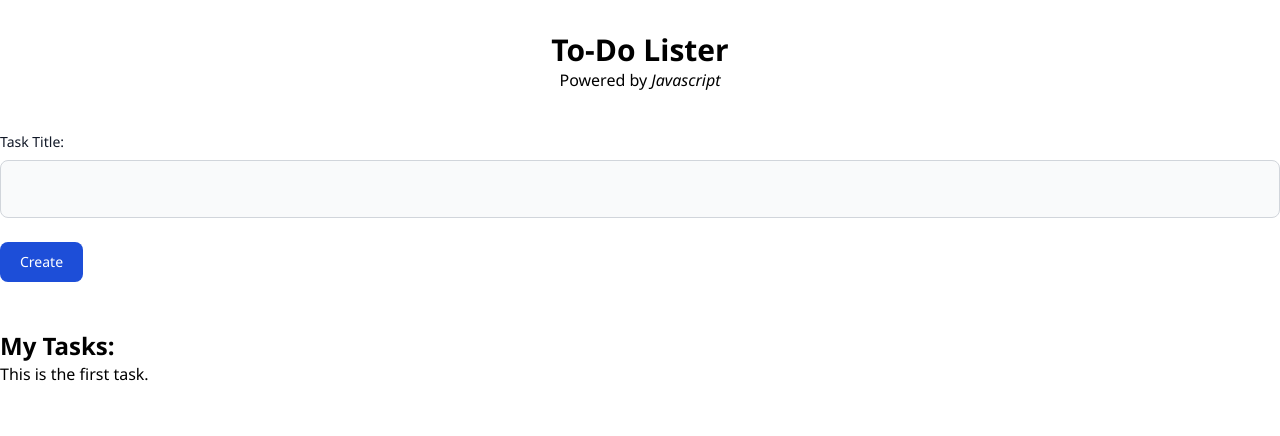
Repository: vxyux/to-do-lister
Page: index.html
These files come from the project's save history. The page is drawn as it stood at one moment and after the next save; the edit follows.
The browser window is 1280 px wide. The pictures show the whole page.
Some web libraries are served in a nearby version.

Above is the page before, as saved 2023-09-04 15:34:42.

After the next save:
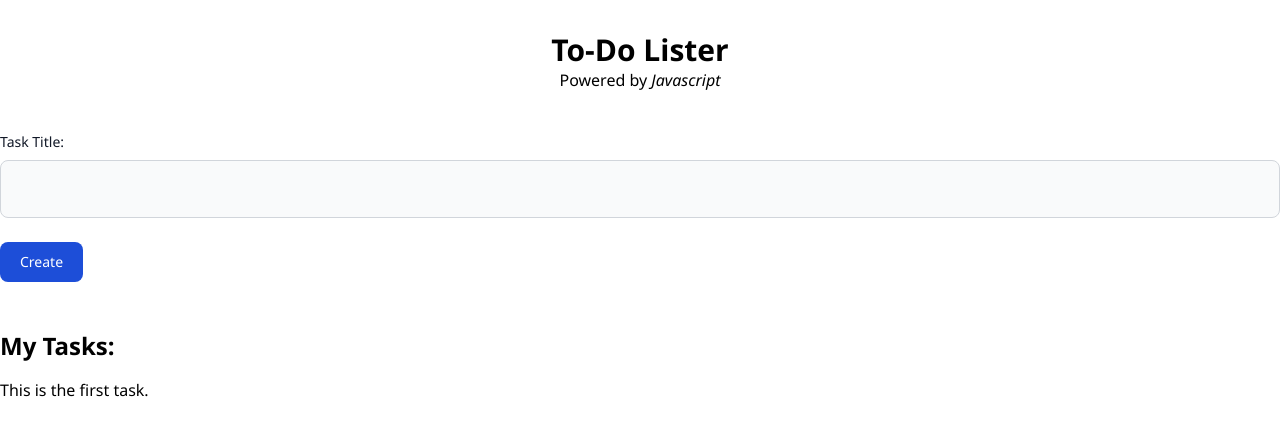
Saved 6 s later.
--- a/index.html
+++ b/index.html
@@ -36,7 +36,7 @@
 
     <div class="mt-10">
       <h3 class="text-2xl font-bold">My Tasks:</h3>
-      <ul class="" id="to-dos">
+      <ul class="mt-4" id="to-dos">
         <li class="task_item">
           This is the first task.
         </li>
